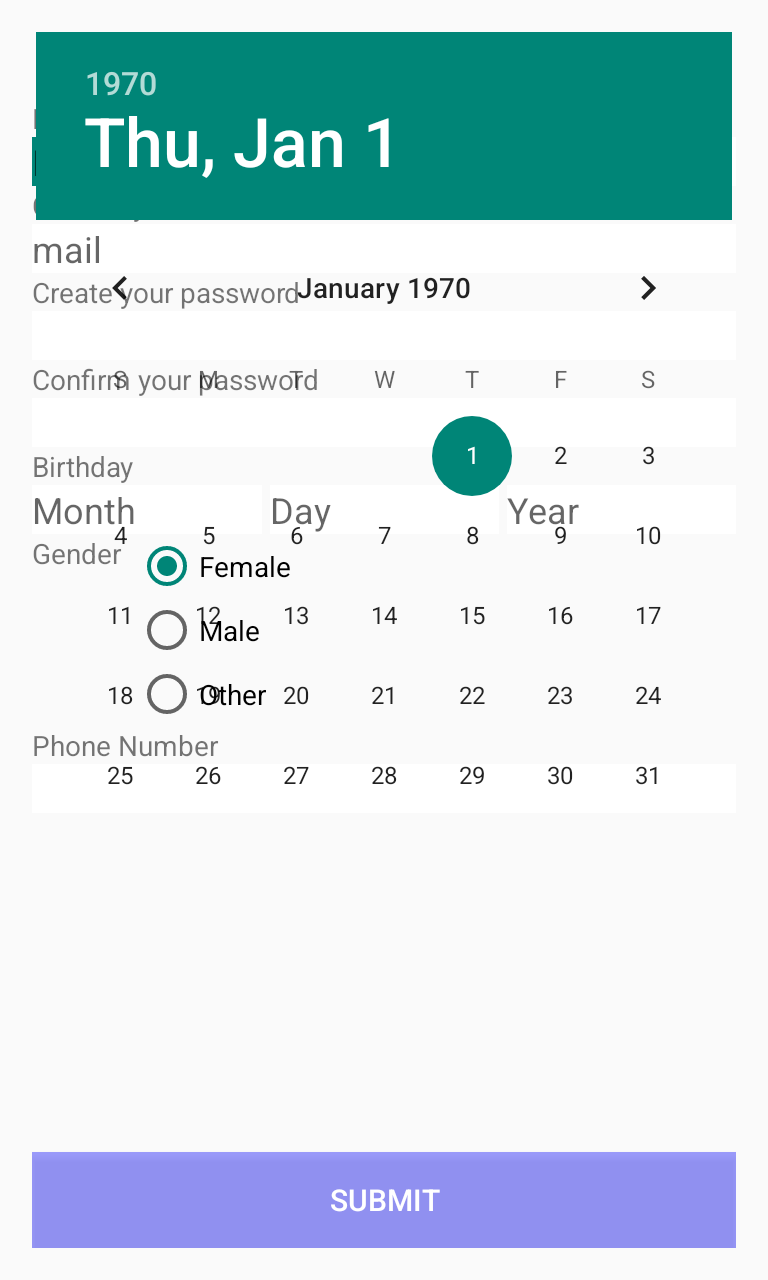
Repository: HarithaAmmuHari/Database
Layout: RegisterUsingSP/res/layout/activity_register.xml
The author's editor kept a copy of each file at every save. The layout is drawn from the files as they stood at one save, then again after the next save.
It is drawn on a 768 x 1280 px phone screen (xhdpi) without system bars, with theme AppTheme; the app's code is not run.

Above is the layout before, as saved 2015-04-14 10:08:54.

After the next save:
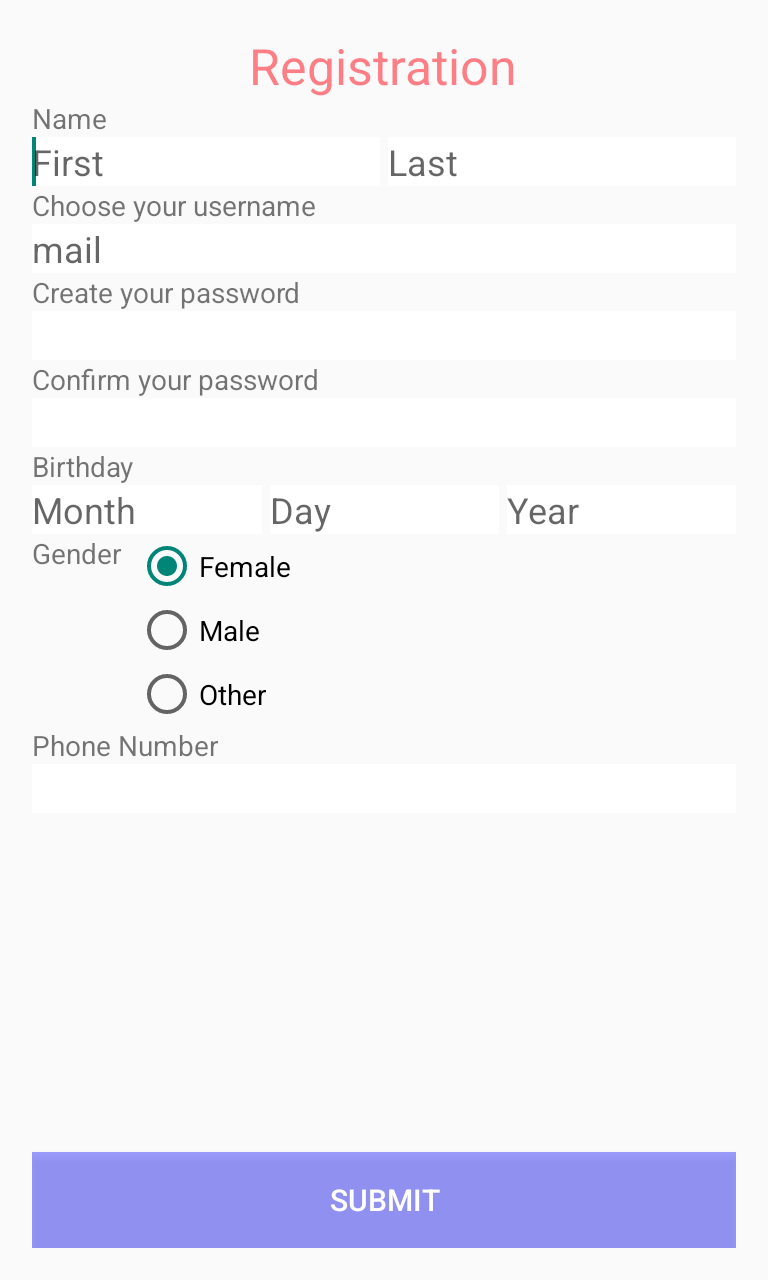
Saved 12 s later.
--- a/RegisterUsingSP/res/layout/activity_register.xml
+++ b/RegisterUsingSP/res/layout/activity_register.xml
@@ -207,14 +207,6 @@
                     android:layout_height="wrap_content"
                     android:text="Other" />
             </RadioGroup>
-
-            <DatePicker
-                android:id="@+id/datePicker1"
-                android:layout_width="wrap_content"
-                android:layout_height="wrap_content"
-                android:layout_below="@+id/editText9"
-                android:layout_centerHorizontal="true"
-                android:calendarViewShown="false" />
 
 
 
